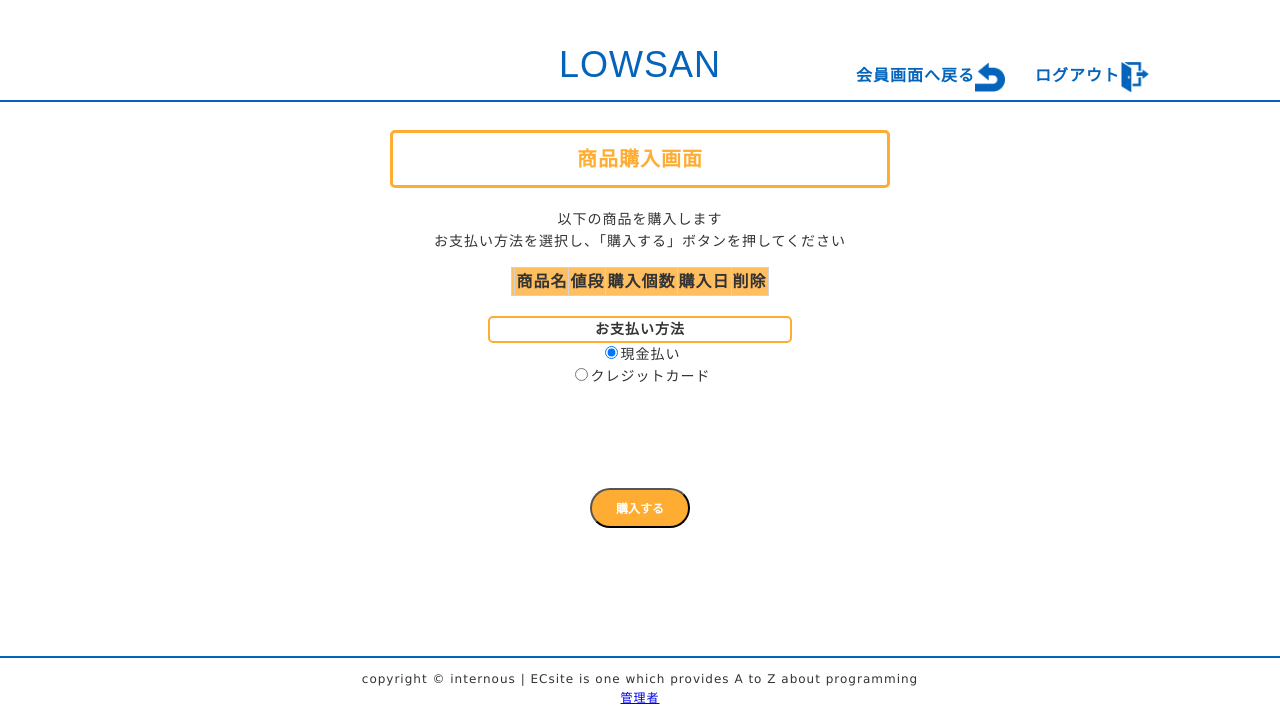
Repository: nishimura0212/myECsite
Page: http://localhost/ecsite/buyItem.jsp
An editor plug-in stored every save of this project. The page is shown before and after the next save, followed by the edit.
The browser window is 1280 px wide. The pictures show the whole page.
The page is served by Tomcat 9.

Above is the page before, as saved 2019-01-02 14:43:52.

After the next save:
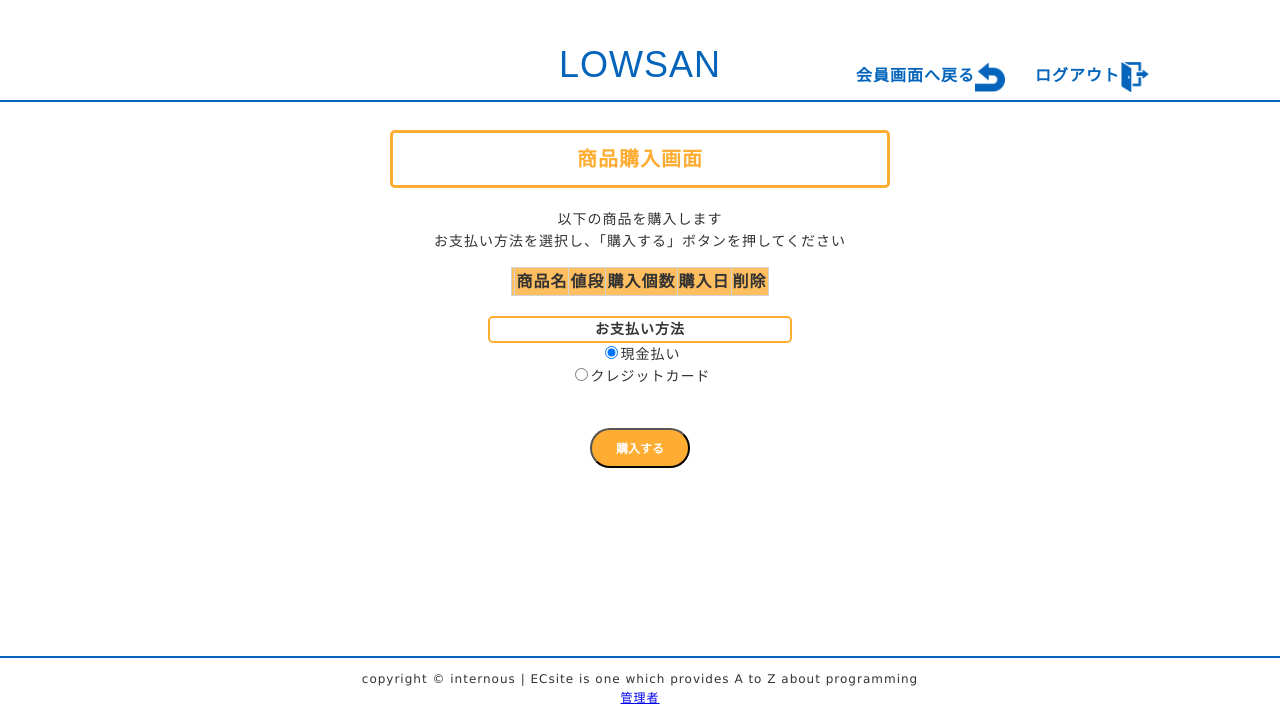
Saved 25 s later.
--- a/ecsite/WebContent/css/style.css
+++ b/ecsite/WebContent/css/style.css
@@ -339,7 +339,6 @@ input[type="password"]:focus {
 .pay-method{
 	text-align: center;
 	font-size: 14px;
-	padding-bottom: 60px;
 }
 .pay-method h4{
 	margin: 0 auto;
